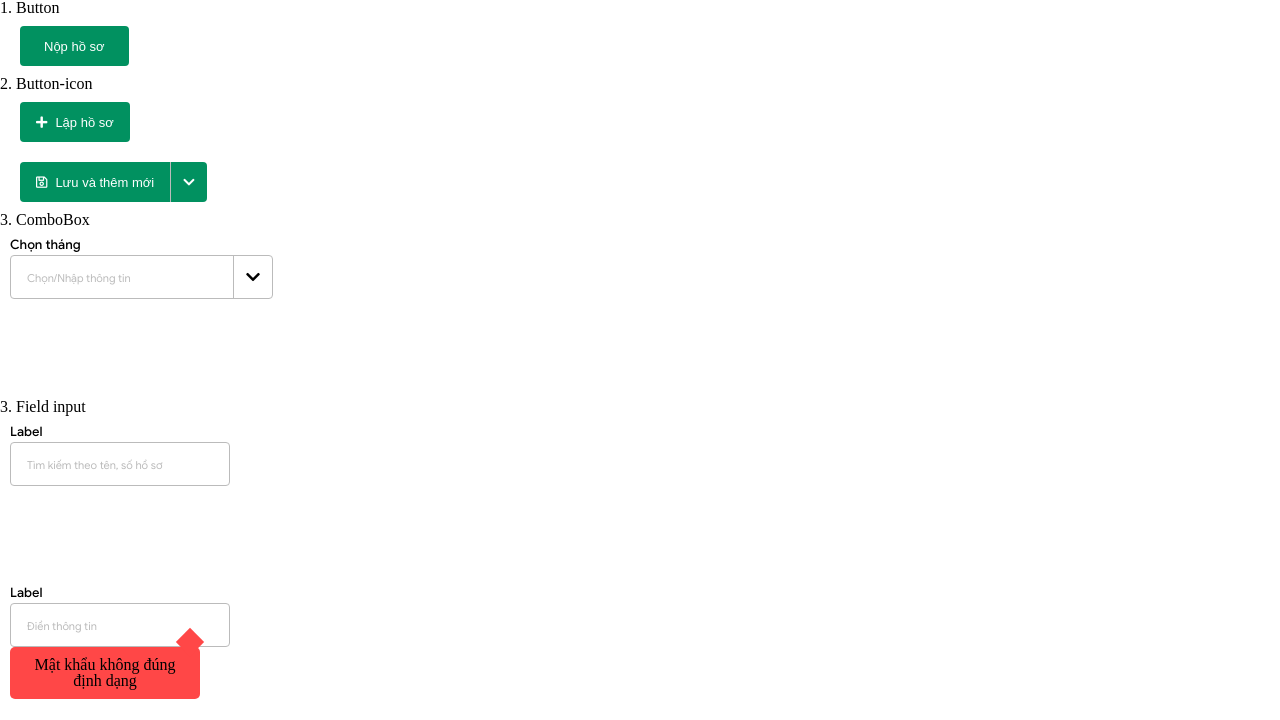
Repository: DAOVANLOI2K1/cukcuk_employeeGrid
Page: Page/index.html
An editor plug-in stored every save of this project. The page is shown before and after the next save, followed by the edit.
The browser window is 1280 px wide. The pictures show the whole page.

Above is the page before, as saved 2022-06-28 09:55:02.

After the next save:
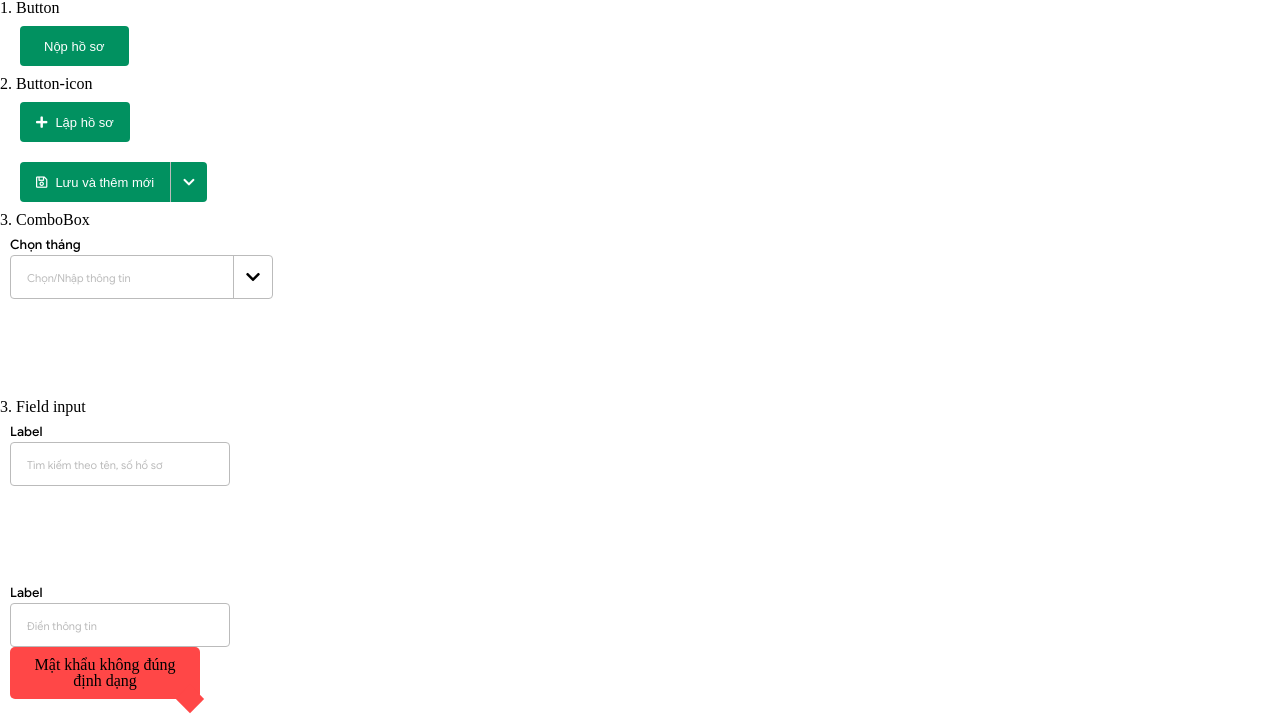
Saved 4 s later.
--- a/css/common/fieldInput.css
+++ b/css/common/fieldInput.css
@@ -10,7 +10,7 @@
 .error_box::before {
     content: "";
     position: absolute;
-    bottom: 90%;
+    bottom: -10px;
     right: 0;
     width: 20px;
     height: 20px;
